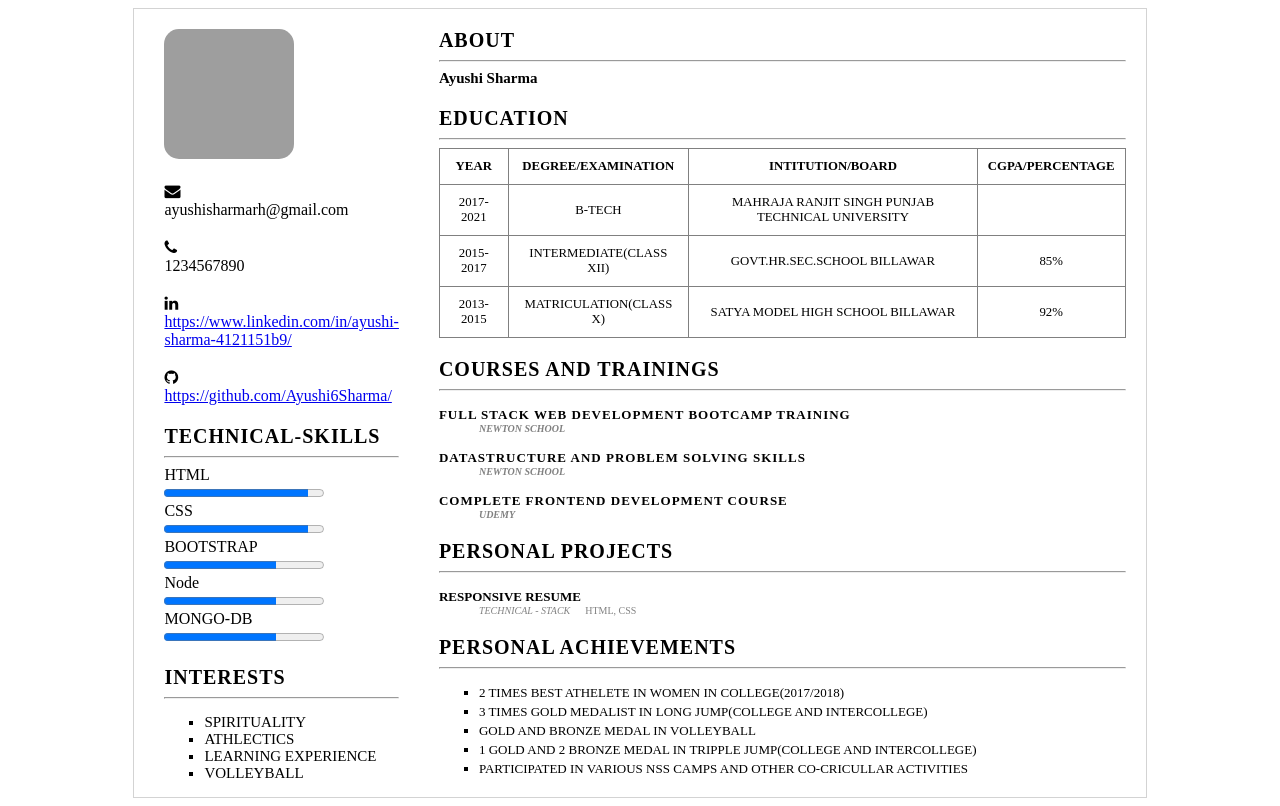
Repository: Ayushi6Sharma/Resume
Page: index.html
These files come from the project's save history. The page is drawn as it stood at one moment and after the next save; the edit follows.
The browser window is 1280 px wide. The pictures show the whole page.
Pictures or frames that could not be fetched are drawn as grey boxes.

Above is the page before, as saved 2022-05-04 15:56:30.

### index.html
<!DOCTYPE html>
<html lang="en">
    <head>
        <meta charset="utf-8">
        <meta http-equiv="X-UA-Compatible" content="IE=edge">
        <meta name="viewport" content="width=device-width, initial-scale=1">
        <meta name="description" content="Responsive resume for companies">
        <meta name="author" content="Ayushi Sharma">
        <div class="profile-linkedin"></div>
        <link rel="stylesheet" href="style.css">
        <!-- <link rel="stylesheet" href="https://cdn.jsdelivr.net/npm/@fortawesome/fontawesome-free@5.15.4/css/fontawesome.min.css" integrity="sha384-jLKHWM3JRmfMU0A5x5AkjWkw/EYfGUAGagvnfryNV3F9VqM98XiIH7VBGVoxVSc7" crossorigin="anonymous"> -->
        <!-- <link href="https://cdnjs.cloudflare.com/ajax/libs/font-awesome/5.13.0/css/all.min.css" rel="stylesheet"> -->
        <link rel="stylesheet" href="https://stackpath.bootstrapcdn.com/font-awesome/4.7.0/css/font-awesome.min.css" integrity="sha384-wvfXpqpZZVQGK6TAh5PVlGOfQNHSoD2xbE+QkPxCAFlNEevoEH3Sl0sibVcOQVnN" crossorigin="anonymous">
        <title>Resume</title>
    </head>
    <body>
        <main class="main-content" contenteditable="false">
            <section>
                <div class="left-main-content">
                    <!-- Profile data -->
                    <div class="profile-data">
                        <div class="profile-image">
                           <img src="https://d3dyfaf3iutrxo.cloudfront.net/thumbnail/user/6c8447b7ed274991ae4f61d43667a32b.jpeg" class="img">
                        </div>
                        <div class="profile-email">
                            <div class="email-icon">
                                <i class="fa fa-envelope"></i>
                            </div>
                            <div class="email-address">
                                ayushisharmarh@gmail.com
                            </div>
                        </div>
                        <div class="profile-contact">
                            <div class="phone-icon">
                                <i class="fa fa-phone"></i>
                            </div>
                            <div class="phone-number">
                                1234567890
                            </div>
                        </div>
                        <div class="profile-linkedin">
                            <div class="linkedid-icon">
                                <i class="fa fa-linkedin"></i>
                            </div>
                            <div class="linkedin-account">
                                <a href="https://www.linkedin.com/in/ayushi-sharma-4121151b9/">https://www.linkedin.com/in/ayushi-sharma-4121151b9/</a>
                            </div>
                        </div>
                        <div class="profile-github">
                            <div class="github-icon">
                                <i class="fa fa-github"></i>
                            </div>
                            <div class="github account-account">
                               <a href="https://github.com/Ayushi6Sharma/">https://github.com/Ayushi6Sharma/</a>
                            </div>
                        </div>
                    </div>
                    <!-- Technical Skills -->
                    <div class="technical-skills">
                        <div class="title">
                            TECHNICAL-SKILLS
                        </div>
                        <hr>
                        <div class="skills">
                            <div class="skill-item">
                                HTML
                            </div>
                            <div class="skill-knowledge">
                                <progress value="90" max="100" class="bar"></progress>
                            </div>
                        </div>
                        <div class="skills">
                            <div class="skill-item">
                                CSS
                            </div>
                            <div class="skill-knowledge">
                                <progress value="90" max="100" class="bar"></progress>
                            </div>
                        </div>
                        <div class="skills">
                            <div class="skill-item">
                                BOOTSTRAP
                            </div>
                            <div class="skill-knowledge">
                                <progress value="70" max="100" class="bar"></progress>
                            </div>
                        </div>
                        <div class="skills">
                            <div class="skill-item">
                                Node
                            </div>
                            <div class="skill-knowledge">
                                <progress value="70" max="100" class="bar"></progress>
                            </div>
                        </div>
                        <div class="skills">
                            <div class="skill-item">
                                MONGO-DB
                            </div>
                            <div class="skill-knowledge">
                                <progress value="70" max="100" class="bar"></progress>
                            </div>
                        </div>
                    </div>
                    <!-- Interests -->
                    <div class="Interests">
                        <div class="title">
                            INTERESTS
                        </div>
                        <hr>
                        <ol class="interest-items">
                            <li>SPIRITUALITY</li>
                            <li>ATHLECTICS</li>
                            <li>LEARNING EXPERIENCE</li>
                            <li>VOLLEYBALL</li>
                        </ol>

                    </div>

                </div>

            </section>
            <section>
                <div class="right-main-content">
                     <div class="about">
                        <div class="title">
                            ABOUT
                        </div>
                        <hr>
                         <div class="name">Ayushi Sharma</div>
                         <div class="details">

                         </div>
                     </div>
                     <div class="education">
                         <div class="title">
                             EDUCATION
                         </div>
                         <hr>
                         <div class="eduction-table">
                             <table>
                                 <thead>
                                     <tr>
                                         <th>YEAR</th>
                                         <th>DEGREE/EXAMINATION</th>
                                         <th>INTITUTION/BOARD</th>
                                         <th>CGPA/PERCENTAGE</th>
                                     </tr>
                                 </thead>
                                 <tr>
                                     <td>
                                         2017-2021
                                     </td>
                                     <td>
                                        B-TECH
                                     </td>
                                     <td>MAHRAJA RANJIT SINGH PUNJAB TECHNICAL UNIVERSITY</td>
                                     <td></td>
                                 </tr>
                                 <tr>
                                    <td>
                                        2015-2017
                                    </td>
                                    <td>
                                       INTERMEDIATE(CLASS XII)
                                    </td>
                                    <td>GOVT.HR.SEC.SCHOOL BILLAWAR</td>
                                    <td>
                                        85%
                                    </td>
                                </tr>
                                <tr>
                                    <td>
                                        2013-2015
                                    </td>
                                    <td>
                                       MATRICULATION(CLASS X)
                                    </td>
                                    <td>SATYA MODEL HIGH SCHOOL BILLAWAR</td>
                                    <td>
                                        92%
                                    </td>
                                </tr>
                             </table>
                         </div>
                     </div>
                     <div class="courses-and-trainings">
                         <div class="title">COURSES AND TRAININGS</div>
                         <hr>
                        <div class="training-1">
                            <dl>
                                <dt class="training-name">
                                    FULL STACK WEB DEVELOPMENT BOOTCAMP TRAINING
                                </dt>
                                <dd class="training-place">
                                    <i>NEWTON SCHOOL</i>
                                </dd>
                            </dl>
                        </div>
                        <div class="training-1">
                            <dl>
                                <dt class="training-name">
                                    DATASTRUCTURE AND PROBLEM SOLVING SKILLS
                                </dt>
                                <dd class="training-place">
                                    <i>NEWTON SCHOOL</i>
                                </dd>
                            </dl>
                        </div>
                        <div class="training-1">
                            <dl>
                                <dt class="training-name">
                                    COMPLETE FRONTEND DEVELOPMENT COURSE
                                </dt>
                                <dd class="training-place">
                                    <i>UDEMY</i>
                                </dd>
                            </dl>
                        </div>
                     </div>
                     <div class="personal-projects">
                        <div class="title">
                            PERSONAL PROJECTS
                        </div>
                        <hr>
                        <div class="project">
                            <dl>
                                <dt class="project-name">RESPONSIVE RESUME</dt>
                                <dd class="tech-stack">
                                    <i>TECHNICAL - STACK</i>
                                    <span>&emsp; HTML, CSS<span>
                                </dd>
                            </dl>
                        </div>
                     </div>
                     <div class="personal-achievements">
                        <div class="title">
                            PERSONAL ACHIEVEMENTS
                        </div>
                        <hr>
                        <ol class="achievements">
                            <li>2 TIMES BEST ATHELETE IN WOMEN IN COLLEGE<span class="ach-data">(2017/2018)<span></li>
                            <li>3 TIMES GOLD MEDALIST IN LONG JUMP<span class="ach-data">(COLLEGE AND INTERCOLLEGE)<span></li>
                            <li>GOLD AND BRONZE MEDAL IN VOLLEYBALL</li>
                            <li>1 GOLD AND 2 BRONZE MEDAL IN TRIPPLE JUMP<span class="ach-data">(COLLEGE AND INTERCOLLEGE)</span></li>
                            <li>PARTICIPATED IN VARIOUS NSS CAMPS AND OTHER CO-CRICULLAR ACTIVITIES</li>
                        </ol>
                     </div>

                </div>
            </section>
        </main>
    </body>
</html>

### style.css

.main-content
{
    display: grid;
    grid-template-columns:1fr 3fr;
    width:80%;
    margin: auto;
    border:1px solid lightgrey;
}
.left-main-content
 {
     /* grid-column: span 1; */
    padding-left: 30px;
    padding-right: 20px;
}
.right-main-content
{
    /* grid-column: span 1/span 2; */
    /* border: 2px solid black; */
    padding-left:20px;
    padding-right: 20px;
}
.profile-data > div{
    margin-top: 20px;
}
/* profile data */
.img
{
    width:130px;
    height:130px;
    border-radius:15px;
}
/* technical skills */
.title{
    margin-top: 20px;
    font-weight: bold;
    font-size: 20px;
    letter-spacing: 1px;
}
/* Interest */
.interest-items{
    list-style-type: square;
    font-size: 15px;
}
/* Right main content */
.name
{
    font-weight:bold;
    font-size:15px;
}
/* EDUCTAION */

table,th,td
{
    border:1px solid grey;
    border-collapse: collapse;
    text-align: center;
    padding:10px;
    font-size: 1vw;
}
/* TRIANING AND COURSES */
.training-name
{
    font-weight: bold;
    font-size:13px;
    letter-spacing: 1px;
}
.training-place
{
    font-weight: bold;
    font-size: 10px;
    color:grey;
}
/* PROJECTS */
.project-name
{
    font-weight: bold;
    font-size:13px;
}
.tech-stack
{
    color:grey;
    font-size: 10px;
}
.stack-name li
{
    list-style-type: square;
}
/* ACHIEVEMENTS */
.achievements
{
    list-style-type: square;
    font-size: 13px;
    font-family: s;
}
.achievements li
{
    padding-top: 3px;
}
/* media queries for responsive page */

@media only screen and (max-width:480px)
{   .main-content
    {
        grid-template-columns:repeat(1,1fr);
        width:100%;
    }
    .title
    {
        font-size: 15px;
    }
    th,td
    {
        font-size:10px;
        padding: 2px;
    }
    .training-name
    {
        font-size:10px;
    }
    .training-place
    {
        font-size: 8px;
    }
}
@media only screen and (min-width:481px) and (max-width:768px)
{
    .main-content
    {
        grid-template-columns:repeat(1,1fr);
        width:100%;
    }
    .title
    {
        font-size: 18px;
    }
    table,th,td
    {
        font-size: 10px;
    }
    .training-name
    {
        font-size:12px;
    }
    .training-place
    {
        font-size: 9px;
    }
}
@media only screen and (min-width:481px) and (max-width:768px)
{
    th,td
    {
        font-size: 10px;
        /* padding: 10px; */
    }
}

After the next save:
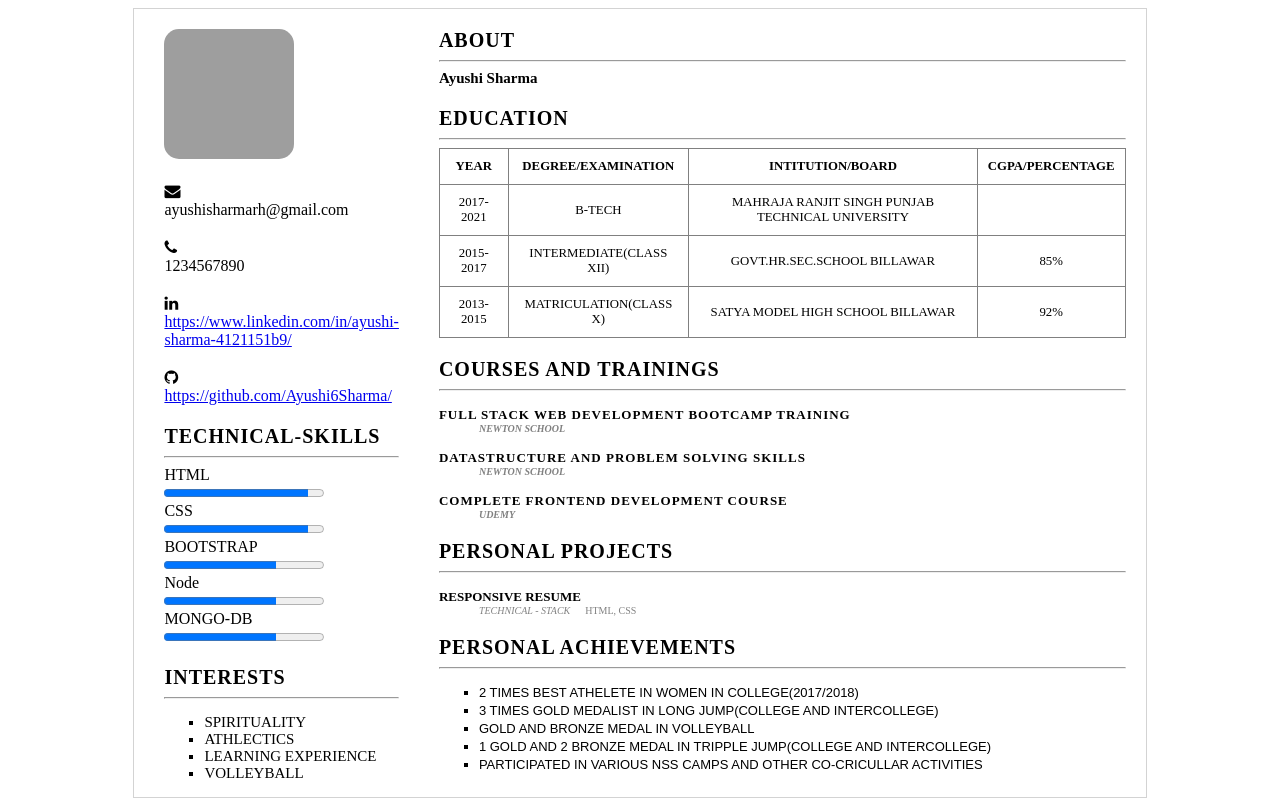
Saved 4 s later.
--- a/style.css
+++ b/style.css
@@ -91,7 +91,7 @@ table,th,td
 {
     list-style-type: square;
     font-size: 13px;
-    font-family: s;
+    font-family:sans-serif;
 }
 .achievements li
 {
